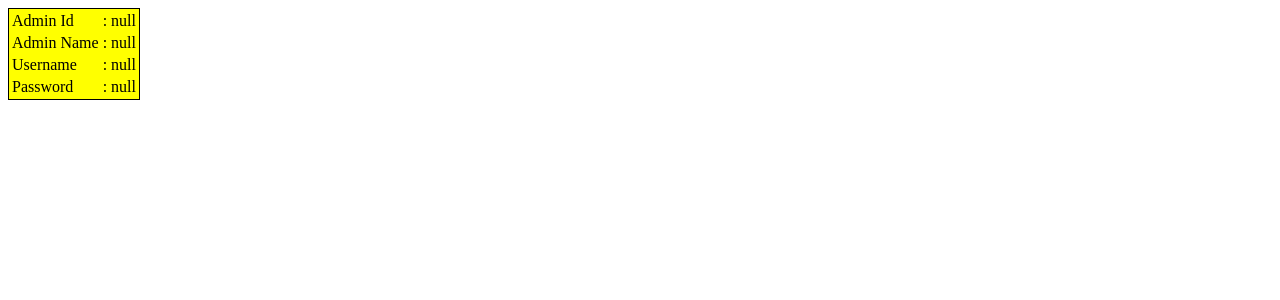
Repository: vishaltawar/J2EE-WEJE-2
Page: http://localhost/studentapp/AdminRegistrationDB.jsp
An editor plug-in stored every save of this project. The page is shown before and after the next save, followed by the edit.
The browser window is 1280 px wide. The pictures show the whole page.
The page is served by Tomcat 9.

Above is the page before, as saved 2022-12-25 16:45:51.

### studentapp/src/main/webapp/AdminRegistrationDB.jsp
<%@page import="java.sql.DriverManager"%>
<%@page import="java.sql.Connection"%>
<%@page import="java.sql.PreparedStatement"%>
<%@page import="java.io.IOException"%>
<%@page import="java.sql.SQLException"%>
<%@page import="javax.servlet.ServletException"%>
<%@page import="javax.servlet.annotation.WebServlet"%>
<%@page import="javax.servlet.http.HttpServlet"%>
<%@page import="javax.servlet.ServletException"%>
<%@ page language="java" contentType="text/html; charset=UTF-8"
	pageEncoding="UTF-8"%>

<%!Connection connection;
	PreparedStatement statement;
	int result = 0;%>

<%
try {
%>
<%
Class.forName("com.mysql.cj.jdbc.Driver");
connection = DriverManager.getConnection("jdbc:mysql://localhost:3306/studentapp", "root", "root");
String query = "insert into studentadmin values(?,?,?,?)";
statement = connection.prepareStatement(query);
statement.setString(1, request.getParameter("id"));
statement.setString(2, request.getParameter("name"));
statement.setString(3, request.getParameter("username"));
statement.setString(4, request.getParameter("password"));
int result = statement.executeUpdate();
%>

<%
if (result != 0) {
%>
<h1><%=result + " Record Successfully Saved In Database."%></h1>
<%
}
%>
<%
} catch (ClassNotFoundException e) {
%>
<%=e%>
<%
} catch (SQLException e) {
%>
<%=e%>
<%
} finally {
if (connection != null) {
	try {
		connection.close();
	} catch (SQLException e) {
%>
<%=e%>
<%
}
}
if (statement != null) {
try {
statement.close();
} catch (SQLException e) {
%>
<%=e%>
<%
}
}
}
%>

<!DOCTYPE html>
<html>
<head>
<meta charset="UTF-8">
<title>Admin Registration Details</title>
</head>
<body>
	<table style="background-color:yellow; border: 1px solid;">
		<tr>
			<td>Admin Id</td>
			<td>: <%=request.getParameter("id")%></td>
		</tr>
		<tr>
			<td>Admin Name</td>
			<td>: <%=request.getParameter("name")%></td>
		</tr>
		<tr>
			<td>Username</td>
			<td>: <%=request.getParameter("username")%></td>
		</tr>
		<tr>
			<td>Password</td>
			<td>: <%=request.getParameter("password")%></td>
		</tr>
	</table>

</body>
</html>

After the next save:
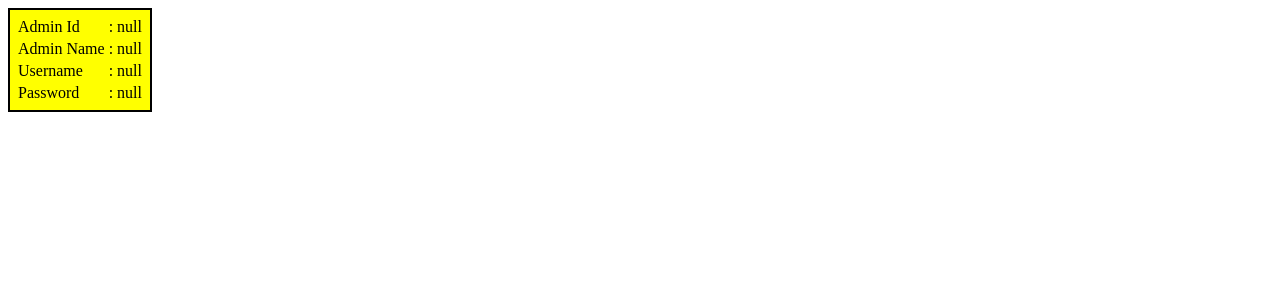
Saved 9 min 11 s later.
--- a/studentapp/src/main/webapp/AdminRegistrationDB.jsp
+++ b/studentapp/src/main/webapp/AdminRegistrationDB.jsp
@@ -72,9 +72,20 @@
 <head>
 <meta charset="UTF-8">
 <title>Admin Registration Details</title>
+<style>
+table{
+border: 2px solid;
+background-color: yellow;
+padding: 5px;
+}
+tr{
+border: 1px solid
+}
+
+</style>
 </head>
 <body>
-	<table style="background-color:yellow; border: 1px solid;">
+	<table >
 		<tr>
 			<td>Admin Id</td>
 			<td>: <%=request.getParameter("id")%></td>
